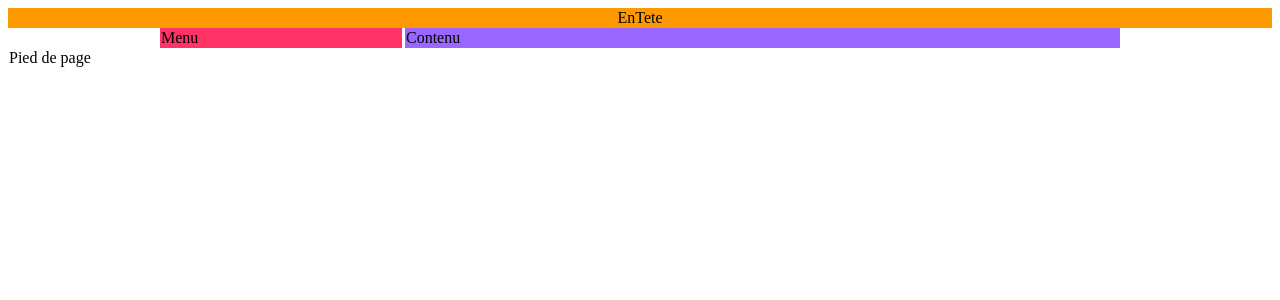
Repository: serviceshuios/Git-Aix-Web
Page: mise-en-page-html-css/WebContent/loisirs.html
The author's editor kept a copy of each file at every save. The page is drawn from the files as they stood at one save, then again after the next save.
The browser window is 1280 px wide. The pictures show the whole page.

Above is the page before, as saved 2018-10-25 14:31:50.

### mise-en-page-html-css/WebContent/loisirs.html
<!DOCTYPE html>
<html>
	<head>
		<meta charset="utf-8"/>
		<title>MISE EN PAGE</title>
		<link rel="stylesheet" href="css/style.css"/>
	</head>
	<body>
		<div id="entete">
			EnTete
		</div>
		<div id="main">
			<div id="menu">
				Menu
			</div>
			<div id="contenu">
				Contenu
			</div>
		</div>
		<div id="footer">
			Pied de page
		</div>
		<script src="js/script.js"></script>
	</body>
</html>

### mise-en-page-html-css/WebContent/css/style.css
#entete, #menu, #contenu, #footer {
	padding: 1px;
}

#entete {
	background-color: #FF9900;
	text-align: center;
}

#main {
	max-width: 960px;
	margin:auto;
}

#menu {
	float:left;
	width: 240px;
	background-color:#FF3366;
}
#contenu {
	margin-left: 245px;
	background-color:#9966FF;
}

Loaded but not shown: mise-en-page-html-css/WebContent/js/script.js (no stored copy; drawn as an empty file)

After the next save:
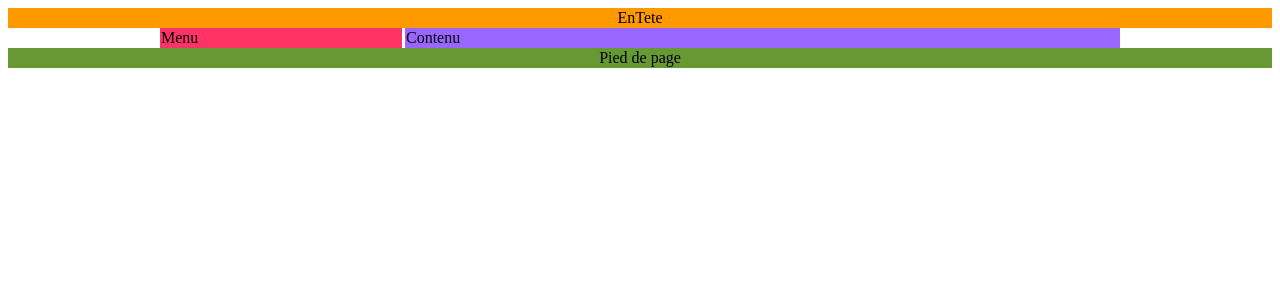
Saved 55 s later.
--- a/mise-en-page-html-css/WebContent/css/style.css
+++ b/mise-en-page-html-css/WebContent/css/style.css
@@ -21,3 +21,8 @@
 	margin-left: 245px;
 	background-color:#9966FF;
 }
+#footer {
+	background-color:#669933;
+	text-align: center;
+
+}
